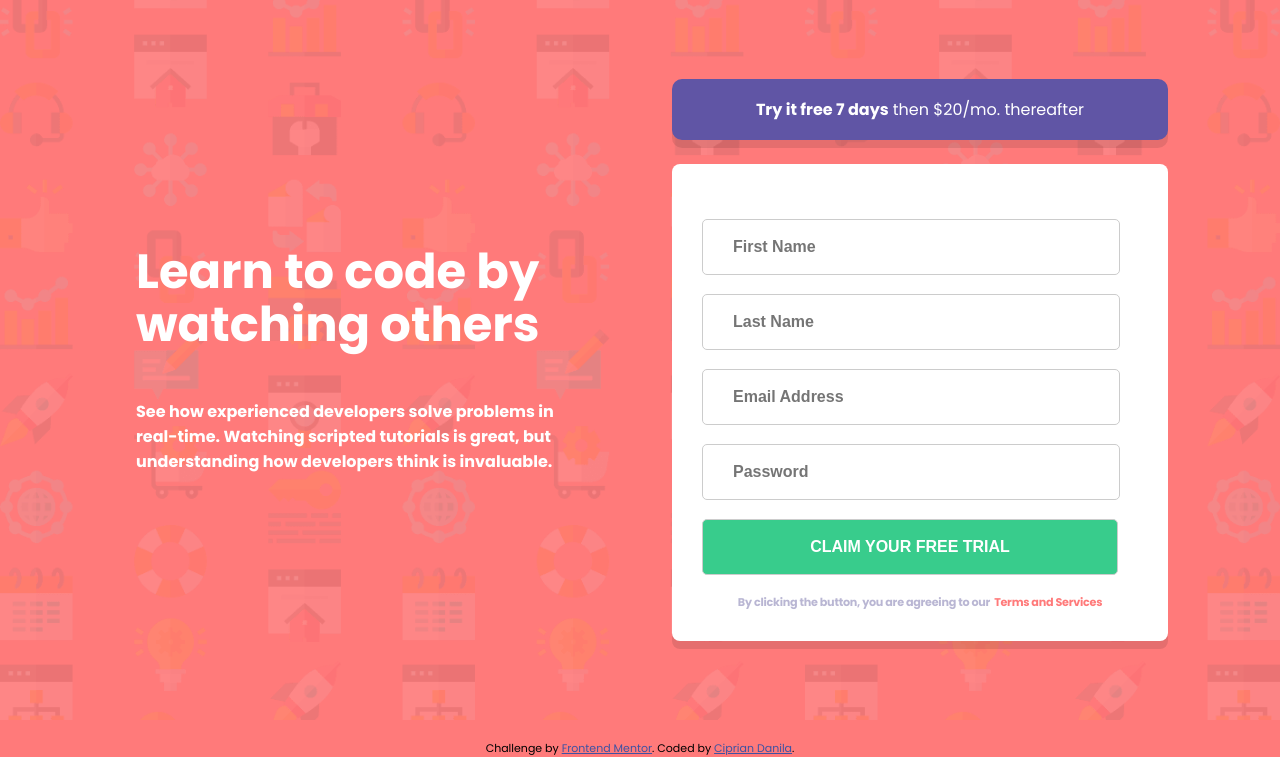
Repository: cipdanila/intro-component-with-sign-up-form
Page: index.html
The author's editor kept a copy of each file at every save. The page is drawn from the files as they stood at one save, then again after the next save.
The browser window is 1280 px wide. The pictures show the whole page.

Above is the page before, as saved 2024-02-14 17:27:20.

### index.html
<!DOCTYPE html>
<html lang="en">
    <head>
        <meta charset="UTF-8" />
        <meta name="viewport" content="width=device-width, initial-scale=1.0" />
        <!-- displays site properly based on user's device -->

        <link rel="icon" type="image/png" sizes="32x32" href="./images/favicon-32x32.png" />
        <link rel="stylesheet" href="styles.css" />
        <title>Frontend Mentor | Intro component with sign up form</title>
    </head>
    <body>
        <main>
            <div class="container">
                <section class="container-info">
                    <h1 class="learn">Learn to code by watching others</h1>
                    <p>
                        See how experienced developers solve problems in real-time. Watching scripted tutorials is great, but
                        understanding how developers think is invaluable.
                    </p>
                </section>
                <section class="container-form">
                    <h2 class="price"><span class="promo">Try it free 7 days</span> then $20/mo. thereafter</h2>
                    <div class="form">
                        <form action="">
                            <label for="fname"> </label><br />
                            <input type="text" name="fname" id="fname" class="input-field" placeholder="First Name" required />
                            <span class="error-message" id="fname-error">First Name cannot be empty</span>
                            <label for="lname"> </label><br />
                            <input type="text" name="lname" id="lname" placeholder="Last Name" required />
                            <span class="error-message" id="lname-error">Last Name cannot be empty</span>
                            <label for="email"> </label><br />
                            <input type="email" name="email" id="email" placeholder="Email Address" required />
                            <span class="error-message" id="email-error">Looks like this is not an email</span>
                            <span class="error-message" id="email-error2">Email Adress cannot be empty</span>
                            <label for="password"></label>
                            <input type="password" name="password" id="password" placeholder="Password" required />
                            <span class="error-message" id="password-error">Password cannot be empty</span>
                            <button type="submit" id="login-button">Claim your free trial</button>
                            <p>By clicking the button, you are agreeing to our <span class="terms">Terms and Services</span></p>
                        </form>
                    </div>
                </section>
            </div>
        </main>

        <footer>
            <div class="attribution">
                Challenge by
                <a
                    href="https://www.frontendmentor.io/challenges/intro-component-with-signup-form-5cf91bd49edda32581d28fd1/hub"
                    target="_blank"
                    rel="noopener noreferer"
                    >Frontend Mentor</a
                >. Coded by <a href="https://github.com/cipdanila" target="_blank" rel="noopener noreferer">Ciprian Danila</a>.
            </div>
        </footer>
    </body>
</html>

### styles.css
@import url("https://fonts.googleapis.com/css2?family=Poppins:wght@400;500;600;700&display=swap");

:root {
    /* Colors */
    /* Primary */
    --red: hsl(0, 100%, 74%);
    --green: hsl(154, 59%, 51%);
    /* Accent */
    --blue: hsl(248, 32%, 49%);
    /* Neutral */
    --dark-blue: hsl(249, 10%, 26%);
    --grayish-blue: hsl(246, 25%, 77%);
    --white: #fff;
    /* Other variables */
    --font-size-base: 1rem; /* 16px */
    --font-weight-base: 400;
}

*,
*::after,
*::before {
    margin: 0;
    padding: 0;
    box-sizing: border-box;
}

body,
html {
    font-family: "Poppins", sans-serif;
    font-size: var(--font-size-base);
    font-weight: var(--font-weight-base);
    background-color: var(--red);
}

main {
    display: flex;
    justify-content: center;
    align-items: center;
    height: 100vh;
    background-color: var(--red);
    background-image: url("./images/bg-intro-desktop.png");
    background-size: cover;
    background-position: center;
    width: 100%;
}

.container {
    min-height: 100vh;
    display: flex;
    flex-direction: row;
    align-items: center;
    justify-content: center;
    padding: 5rem;
}

section {
    max-width: 100%;
    width: 50%;
    display: flex;
    flex-direction: column;
    align-items: center;
    justify-content: center;
    padding: 2rem;
}

.learn {
    font-size: 3rem;
    font-weight: 700;
    color: #fff;
    line-height: 3.3rem;
    padding: 1.5rem;
}

.container-info p {
    color: var(--white);
    padding: 1.5rem;
    font-weight: 700;
}

.form {
    background-color: #fff;
    padding: 1.875rem;
    border-radius: 0.5rem;
    box-shadow: rgba(0, 0, 0, 0.1) 0px 0.5rem;
    display: flex;
    flex-direction: column;
    align-items: center;
    justify-content: center;
}

.price {
    width: 100%;
    font-size: 1rem;
    font-weight: 400;
    box-shadow: rgba(0, 0, 0, 0.1) 0px 0.5rem;
    display: flex;
    align-items: center;
    justify-content: center;
    background-color: var(--blue);
    color: #fff;
    padding: 1.125rem;
    border-radius: 0.625rem;
    margin-bottom: 1.5rem;
}

.price span {
    font-weight: 700;
    margin-right: 0.25rem;
}

input[type="text"],
input[type="email"],
input[type="password"] {
    width: calc(100% - 1.125rem);
    padding: 1.125rem;
    margin-bottom: 1.200rem;
    border-radius: 5px;
    border: 1px solid #ccc;
    color: var(--dark-blue);
    font-size: 1rem;
    font-weight: 700;
    text-indent: 0.75rem;
}

input {
    border-style: none;
    outline: none;
}

input:focus {
    border: 1px solid var(--blue);
}

.input-field {
    border: 1px solid var(--dark-blue);
}

.input-field.input-error {
    border-color: var(--red);
}

.input-field.input-error::after {
    content: "";
    position: absolute;
    top: 50%;
    right: 10px;
    transform: translateY(-50%);
    width: 10px;
    height: 10px;
    background-image: url(./images/icon-error.svg);
    background-size: contain;
    background-color: var(--red);
    border-radius: 50%;
}

.error-message {
    display: none;
    color: var(--red);
    font-size: 12px;
    margin-top: 5px;
}

.error-message.show {
    display: block;
}

button {
    background-color: var(--green);
    color: #fff;
    cursor: pointer;
    width: calc(100% - 1.25rem);
    padding: 1.125rem;
    margin-bottom: 1.200rem;
    border-radius: 5px;
    border: 1px solid #ccc;
    font-size: 1rem;
    font-weight: 700;
    text-transform: uppercase;
}

button:hover {
    background-color: hsl(154, 59%, 68%);
    cursor: pointer;
}

form p {
    color: var(--grayish-blue);
    font-size: 0.7rem;
    font-weight: 700;
    letter-spacing: -0.016rem;
    display: flex;
    align-items: center;
    justify-content: center;
}

.terms {
    color: var(--red);
    padding-left: 4px;
    font-weight: 700;
}

footer {
    margin-top: 20px;
    text-align: center;
}

.attribution {
    font-size: 11px;
    text-align: center;
}

.attribution a {
    color: hsl(228, 45%, 44%);
}

/* @media (max-width: 650px) {
    main {
        height: auto;
    }
    .container {
        width: 100%;
        flex-direction: column;
        padding: 1rem;
    }
    section {
        width: 100%;
        padding: 1rem;
    }

    .learn {
        font-size: 1.6rem;
        line-height: normal;
        margin: 3rem;
        padding: 1rem;
    }
} */

@media screen and (max-width: 768px) {
    .container {
        flex-direction: column;
        text-align: center;
        padding: 3rem;
    }

    section {
        width: 100%;
    }

    .container-form {
        margin-bottom: 5rem;
        margin-right: 0;
    }
}

After the next save:
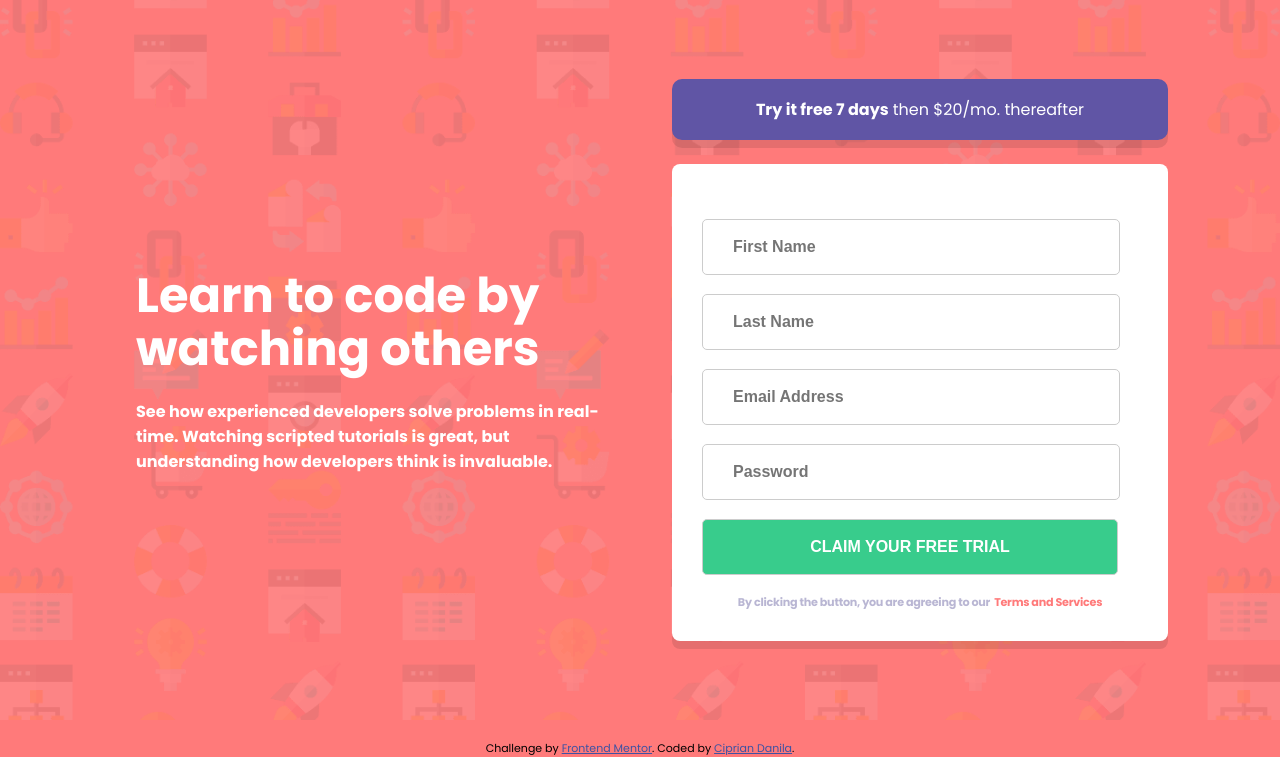
Saved 22 s later.
--- a/styles.css
+++ b/styles.css
@@ -73,7 +73,7 @@
 
 .container-info p {
     color: var(--white);
-    padding: 1.5rem;
+    padding-left: 1.5rem;
     font-weight: 700;
 }
 
